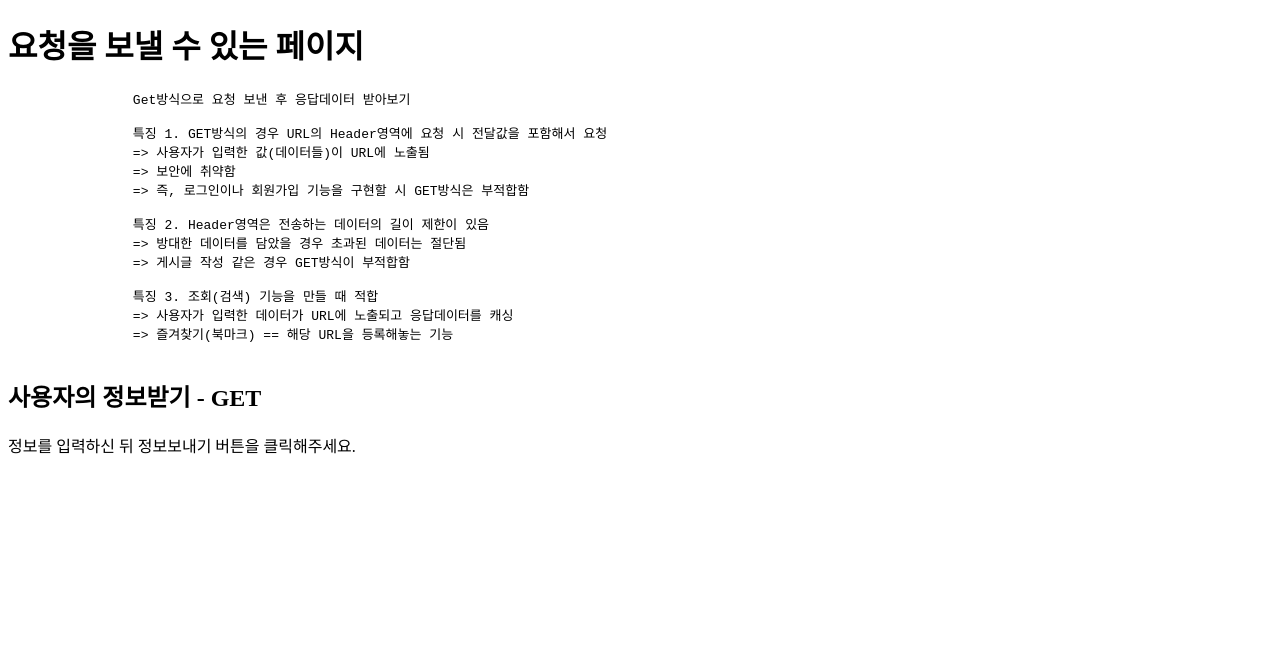
Repository: rlaehqkf/java_practice
Page: MyFirstWebProject/src/main/webapp/views/request_get.html
The author's editor kept a copy of each file at every save. The page is drawn from the files as they stood at one save, then again after the next save.
The browser window is 1280 px wide. The pictures show the whole page.

Above is the page before, as saved 2026-05-04 03:50:12.

### MyFirstWebProject/src/main/webapp/views/request_get.html
<!DOCTYPE html>
<html>
<head>
<meta charset="UTF-8">
<title>요청을 보내야겠다~~</title>
</head>
<body>

	<h1>요청을 보낼 수 있는 페이지</h1>

	<pre>
		Get방식으로 요청 보낸 후 응답데이터 받아보기

		특징 1. GET방식의 경우 URL의 Header영역에 요청 시 전달값을 포함해서 요청
		=> 사용자가 입력한 값(데이터들)이 URL에 노출됨
		=> 보안에 취약함
		=> 즉, 로그인이나 회원가입 기능을 구현할 시 GET방식은 부적합함

		특징 2. Header영역은 전송하는 데이터의 길이 제한이 있음
		=> 방대한 데이터를 담았을 경우 초과된 데이터는 절단됨
		=> 게시글 작성 같은 경우 GET방식이 부적합함

		특징 3. 조회(검색) 기능을 만들 때 적합
		=> 사용자가 입력한 데이터가 URL에 노출되고 응답데이터를 캐싱
		=> 즐겨찾기(북마크) == 해당 URL을 등록해놓는 기능
	</pre>

	<h2> 사용자의 정보받기 - GET </h2>
	<p>정보를 입력하신 뒤 정보보내기 버튼을 클릭해주세요.</p>

	<form method="get"></form>












</body>
</html>

After the next save:
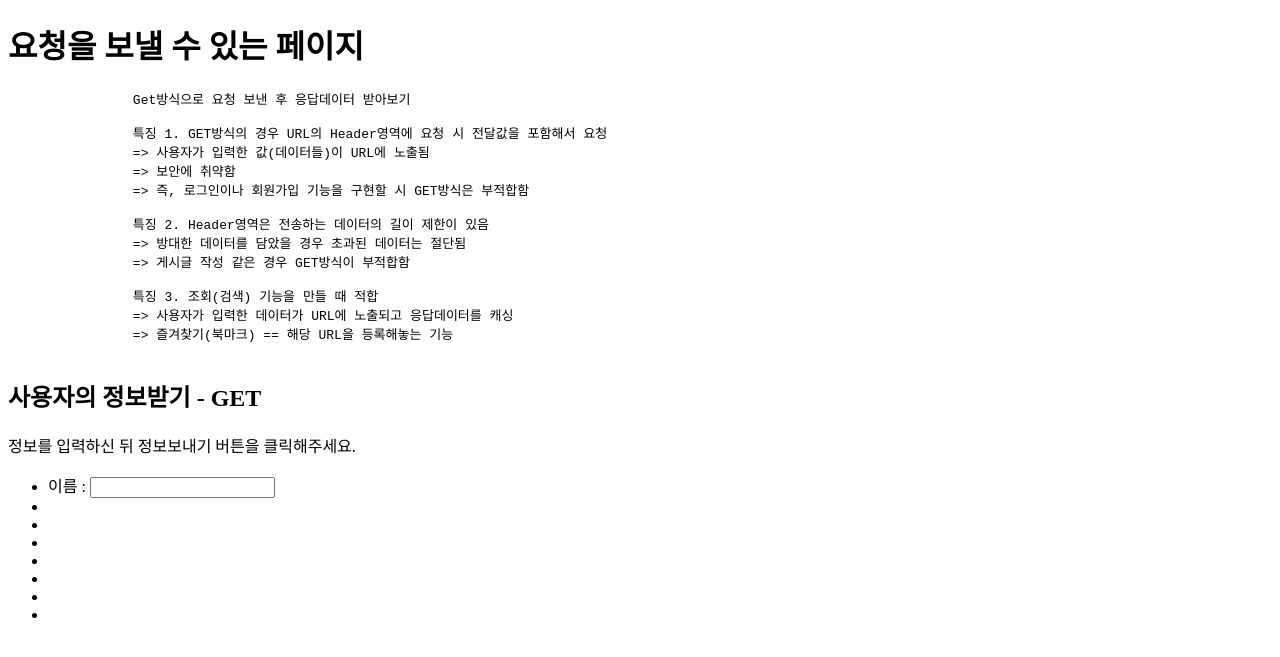
Saved 74 min 56 s later.
--- a/MyFirstWebProject/src/main/webapp/views/request_get.html
+++ b/MyFirstWebProject/src/main/webapp/views/request_get.html
@@ -28,7 +28,35 @@
 	<h2> 사용자의 정보받기 - GET </h2>
 	<p>정보를 입력하신 뒤 정보보내기 버튼을 클릭해주세요.</p>
 
-	<form method="get"></form>
+	<form method="get">
+		<ul>
+			<li>
+				이름 : <input type="text" />
+			</li>
+			<li>
+
+			</li>
+			<li>
+
+			</li>
+			<li>
+
+			</li>
+			<li>
+
+			</li>
+			<li>
+
+			</li>
+			<li>
+
+			</li>
+			<li>
+
+			</li>
+		</ul>
+	</form>
+
 
 
 
